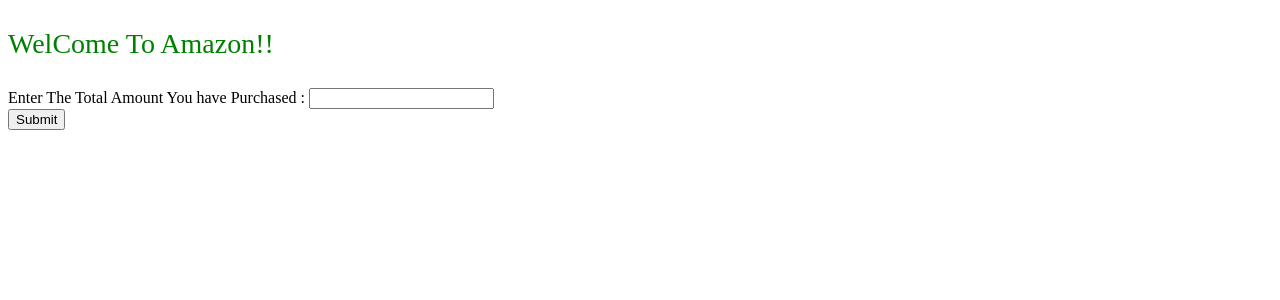
Repository: KavinAdithya/Servlet-JSP
Page: AmazonSale/src/main/webapp/WebPage.html
These files come from the project's save history. The page is drawn as it stood at one moment and after the next save; the edit follows.
The browser window is 1280 px wide. The pictures show the whole page.

Above is the page before, as saved 2024-03-17 01:28:09.

After the next save:
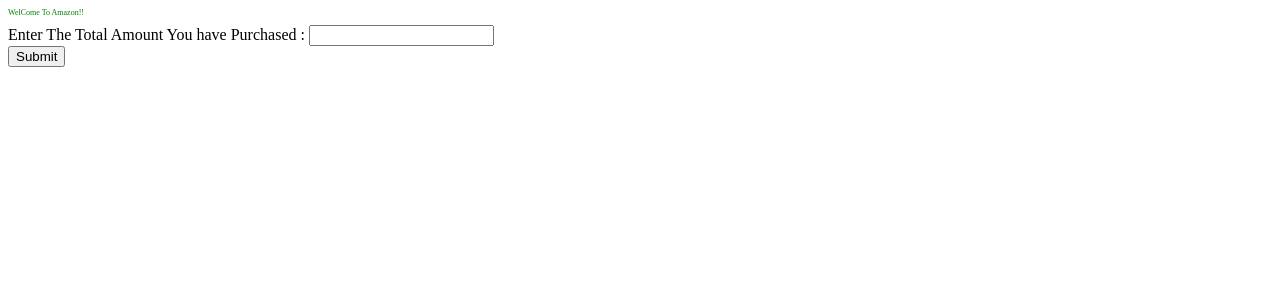
Saved 32 s later.
--- a/AmazonSale/src/main/webapp/WebPageStyle.css
+++ b/AmazonSale/src/main/webapp/WebPageStyle.css
@@ -1,5 +1,5 @@
 @charset "ISO-8859-1";
 .amazon-para{
 	color:green;
-	font-size:28px;
+	font-size:8px;
 }
